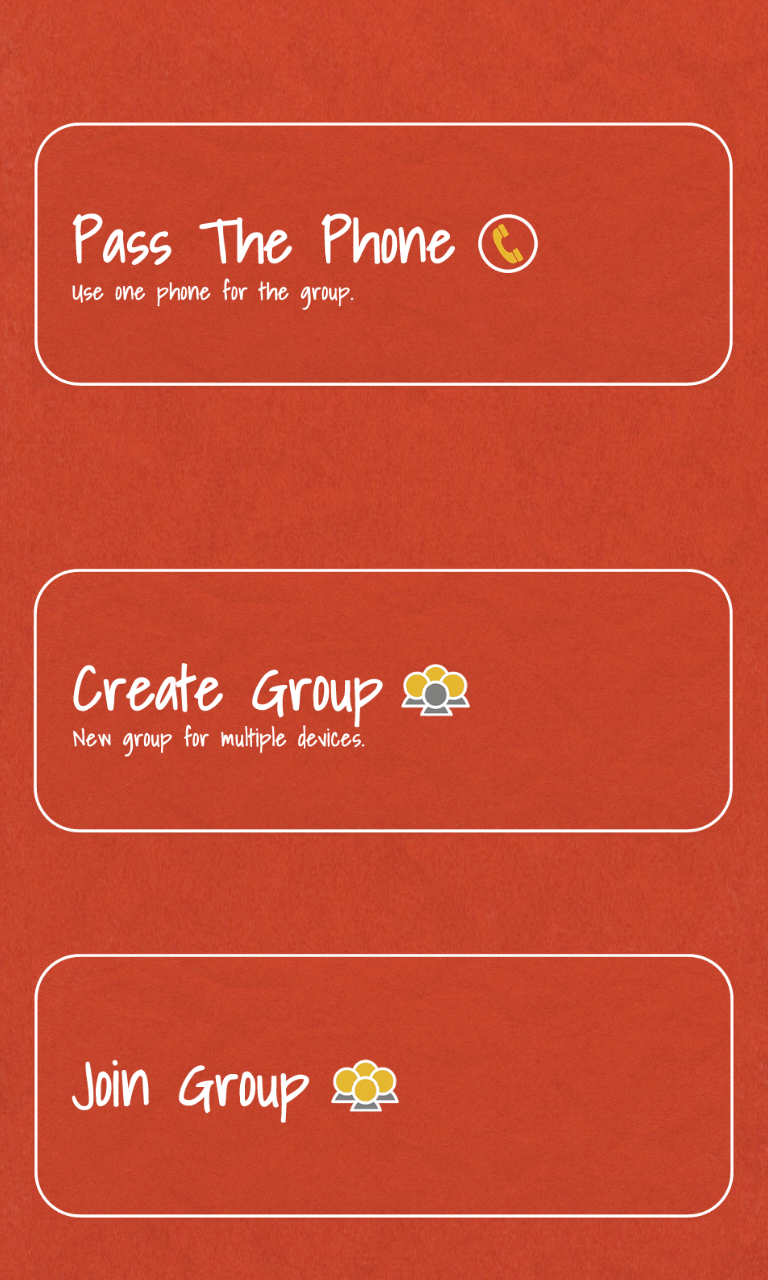
Repository: imhossu/FeedJulia
Layout: FeedJulia/res/layout/activity_start_screen.xml
These files come from the project's save history. The layout is drawn as it stood at one moment and after the next save; the edit follows.
It is drawn on a 768 x 1280 px phone screen (xhdpi) without system bars, with theme android:Theme.NoTitleBar; the app's code is not run.

Above is the layout before, as saved 2014-01-26 05:29:53.

After the next save:
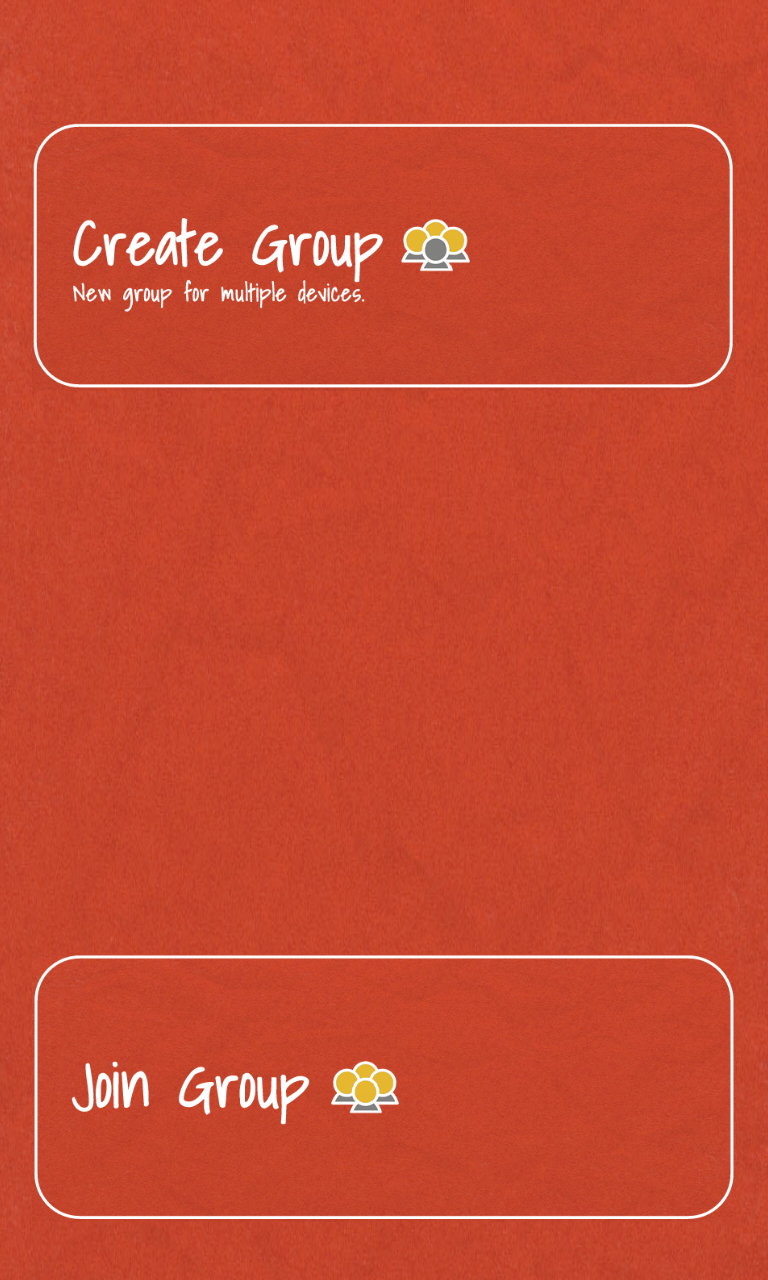
Saved 24 s later.
--- a/FeedJulia/res/layout/activity_start_screen.xml
+++ b/FeedJulia/res/layout/activity_start_screen.xml
@@ -14,8 +14,9 @@
 
     <ImageView
         android:id="@+id/passThePhone"
-        android:layout_width="match_parent"
-        android:layout_height="wrap_content"
+        android:layout_width="wrap_content"
+        android:layout_height="0dp"
+        android:layout_weight="25"
         android:src="@drawable/passthephone" />
 
     <ImageView
